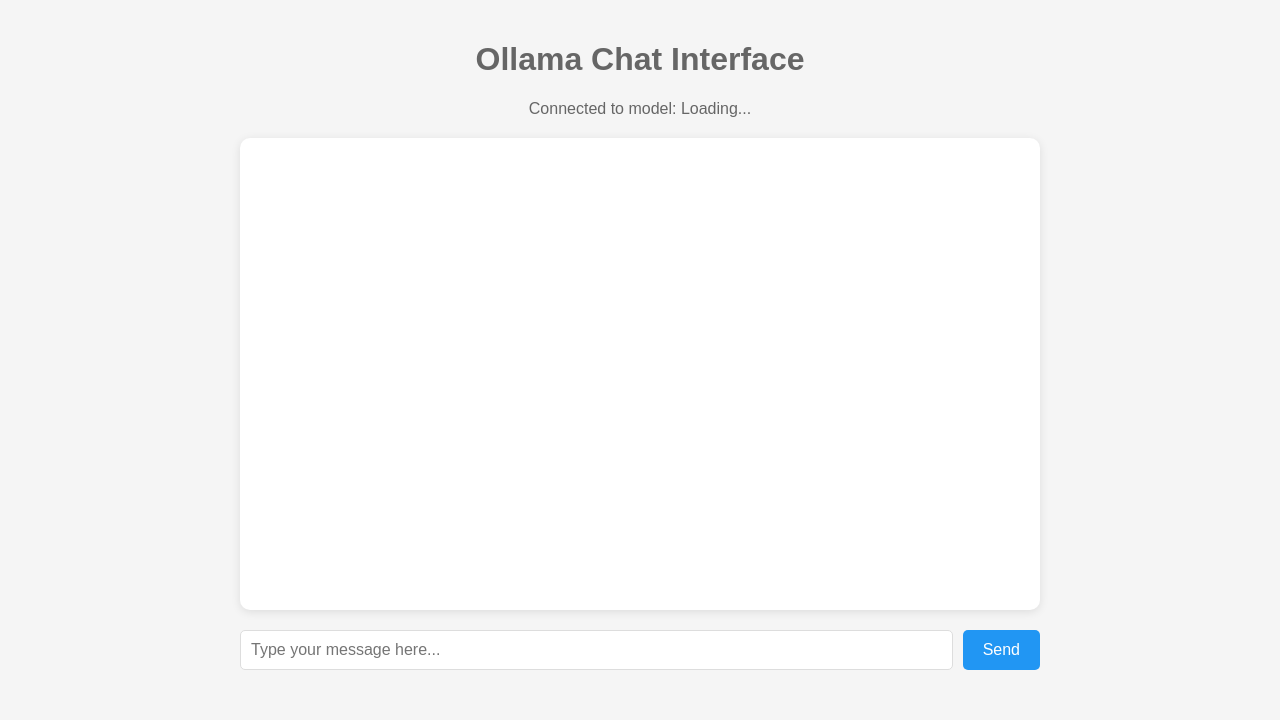
Repository: RR-SparrowUp/lightning-Ollama
Page: templates/index.html
The author's editor kept a copy of each file at every save. The page is drawn from the files as they stood at one save, then again after the next save.
The browser window is 1280 px wide. The pictures show the whole page.
The page's requests for data from a server got no answer.

Above is the page before, as saved 2025-01-30 11:56:22.

After the next save:
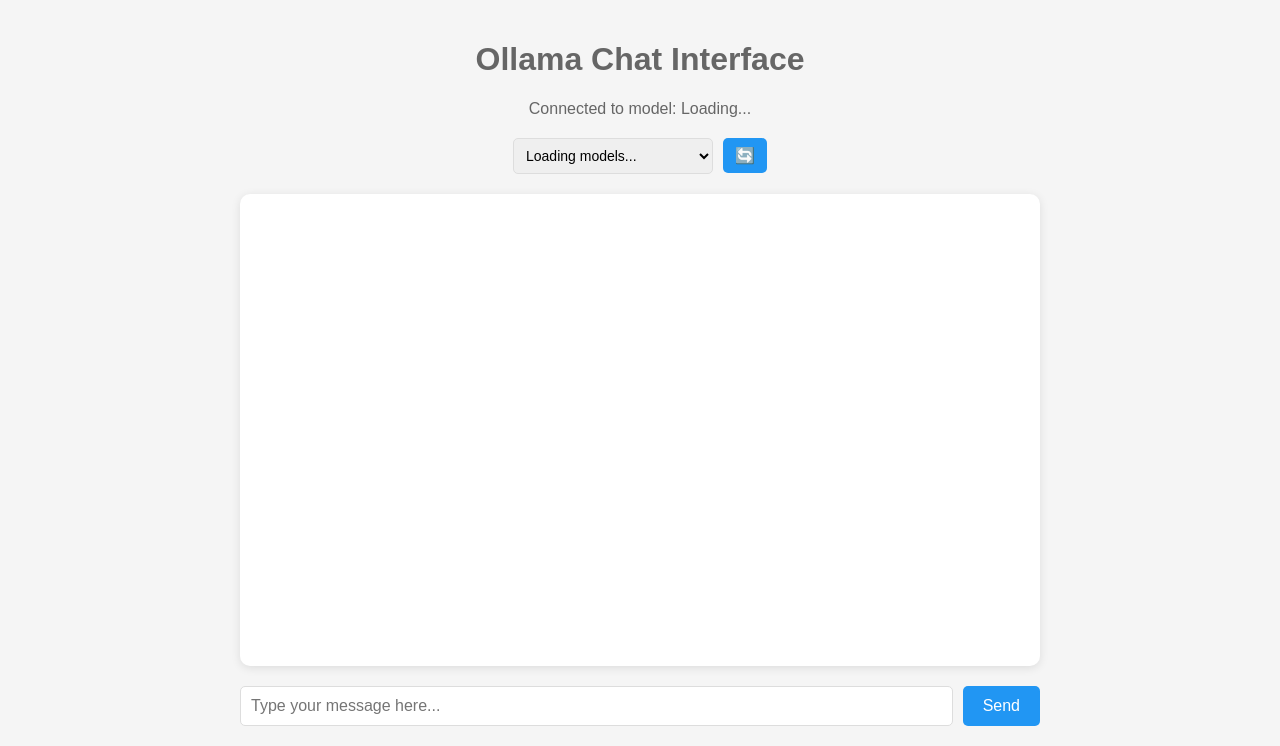
Saved 2 min 48 s later.
--- a/templates/index.html
+++ b/templates/index.html
@@ -70,6 +70,39 @@
             font-style: italic;
             margin: 10px 0;
         }
+        .model-selector {
+            display: flex;
+            gap: 10px;
+            justify-content: center;
+            margin-bottom: 20px;
+            align-items: center;
+        }
+        .model-selector select {
+            padding: 8px;
+            border-radius: 5px;
+            border: 1px solid #ddd;
+            font-size: 14px;
+            min-width: 200px;
+        }
+        .model-selector button {
+            padding: 8px 12px;
+            font-size: 16px;
+            cursor: pointer;
+        }
+        .loading-overlay {
+            position: fixed;
+            top: 0;
+            left: 0;
+            right: 0;
+            bottom: 0;
+            background: rgba(0,0,0,0.5);
+            display: flex;
+            justify-content: center;
+            align-items: center;
+            color: white;
+            font-size: 20px;
+            display: none;
+        }
     </style>
 </head>
 <body>
@@ -78,6 +111,13 @@
         <p>Connected to model: <span id="model-name">Loading...</span></p>
     </div>
 
+    <div class="model-selector">
+        <select id="modelSelector" onchange="switchModel()">
+            <option value="">Loading models...</option>
+        </select>
+        <button onclick="refreshModels()" title="Refresh model list">🔄</button>
+    </div>
+
     <div class="chat-container" id="chat-container">
         <!-- Messages will be added here -->
     </div>
@@ -92,16 +132,97 @@
         <button onclick="sendMessage()">Send</button>
     </div>
 
+    <div class="loading-overlay" id="loadingOverlay">
+        Switching model, please wait...
+    </div>
+
     <script>
         let modelName = 'Loading...';
-
-        // Fetch model name on page load
-        fetch('/get_model')
-            .then(response => response.json())
-            .then(data => {
-                modelName = data.model;
-                document.getElementById('model-name').textContent = modelName;
-            });
+        let currentModel = '';
+
+        // Load available models on page load
+        document.addEventListener('DOMContentLoaded', function() {
+            refreshModels();
+            fetchCurrentModel();
+        });
+
+        // Fetch current model name
+        async function fetchCurrentModel() {
+            try {
+                const response = await fetch('/get_model');
+                const data = await response.json();
+                currentModel = data.model;
+                document.getElementById('model-name').textContent = currentModel;
+            } catch (error) {
+                console.error('Error fetching current model:', error);
+            }
+        }
+
+        // Refresh model list
+        async function refreshModels() {
+            try {
+                const response = await fetch('/list_models');
+                const data = await response.json();
+
+                const selector = document.getElementById('modelSelector');
+                selector.innerHTML = '<option value="">Select a model...</option>';
+
+                if (data.success && data.models) {
+                    data.models.forEach(model => {
+                        const option = document.createElement('option');
+                        option.value = model.name;
+                        option.textContent = `${model.name} (${model.size})`;
+                        if (model.name === currentModel) {
+                            option.selected = true;
+                        }
+                        selector.appendChild(option);
+                    });
+                }
+            } catch (error) {
+                console.error('Error refreshing models:', error);
+            }
+        }
+
+        // Switch to selected model
+        async function switchModel() {
+            const newModel = document.getElementById('modelSelector').value;
+            if (!newModel || newModel === currentModel) return;
+
+            const loadingOverlay = document.getElementById('loadingOverlay');
+            loadingOverlay.style.display = 'flex';
+
+            try {
+                const response = await fetch('/switch_model', {
+                    method: 'POST',
+                    headers: {
+                        'Content-Type': 'application/json',
+                    },
+                    body: JSON.stringify({ model: newModel })
+                });
+
+                const data = await response.json();
+                if (data.success) {
+                    currentModel = newModel;
+                    document.getElementById('model-name').textContent = newModel;
+
+                    // Clear chat history
+                    const chatContainer = document.getElementById('chat-container');
+                    chatContainer.innerHTML = '';
+
+                    // Add system message about model switch
+                    addMessage(`Switched to model: ${newModel}. Chat history has been cleared.`, false);
+                } else {
+                    throw new Error(data.error || 'Failed to switch model');
+                }
+            } catch (error) {
+                console.error('Error switching model:', error);
+                alert(`Error switching model: ${error.message}`);
+                // Reset selector to current model
+                document.getElementById('modelSelector').value = currentModel;
+            } finally {
+                loadingOverlay.style.display = 'none';
+            }
+        }
 
         function addMessage(content, isUser) {
             const chatContainer = document.getElementById('chat-container');
